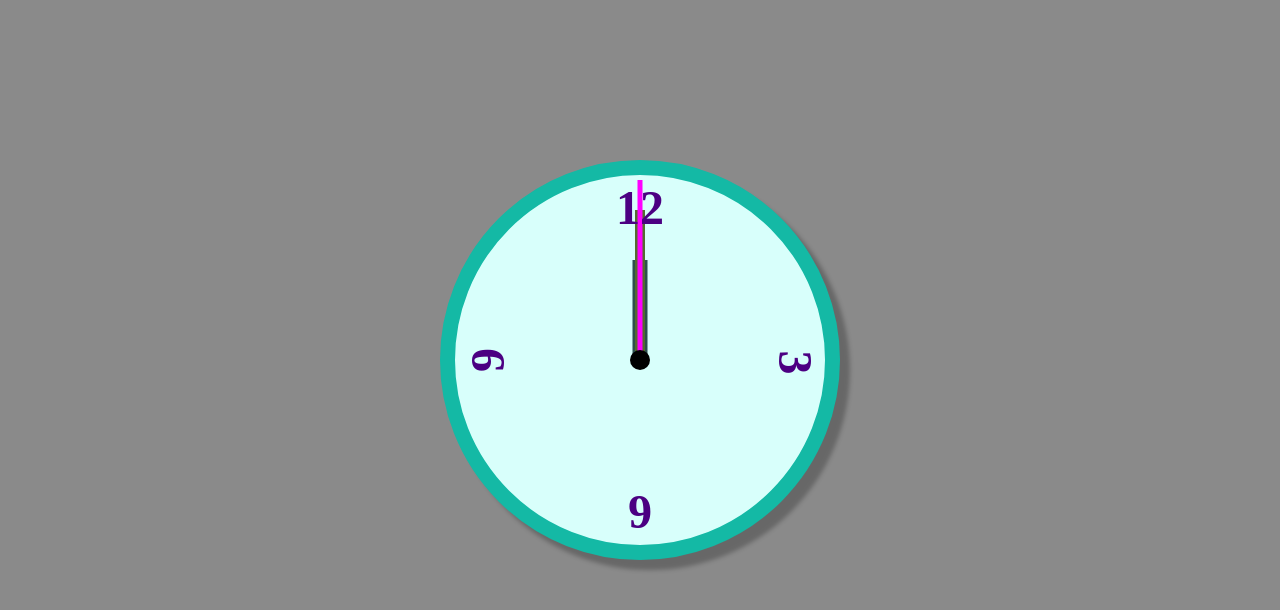
Repository: ChenWarren/web-clock
Page: index.html
These files come from the project's save history. The page is drawn as it stood at one moment and after the next save; the edit follows.
The browser window is 1280 px wide. The pictures show the whole page.

Above is the page before, as saved 2021-03-18 21:30:41.

After the next save:
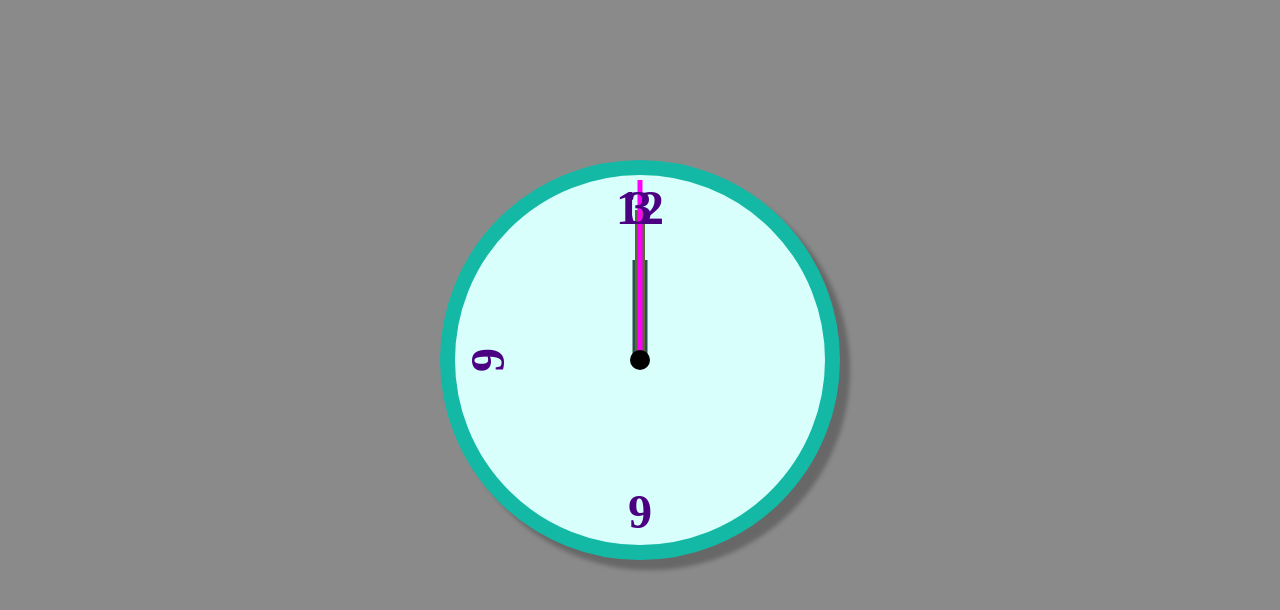
Saved 5 s later.
--- a/main.css
+++ b/main.css
@@ -78,7 +78,7 @@ body {
 }
 
 .num_3 {
-    transform: rotate(90deg);
+    /* transform: rotate(90deg); */
 }
 
 .num_6 {
